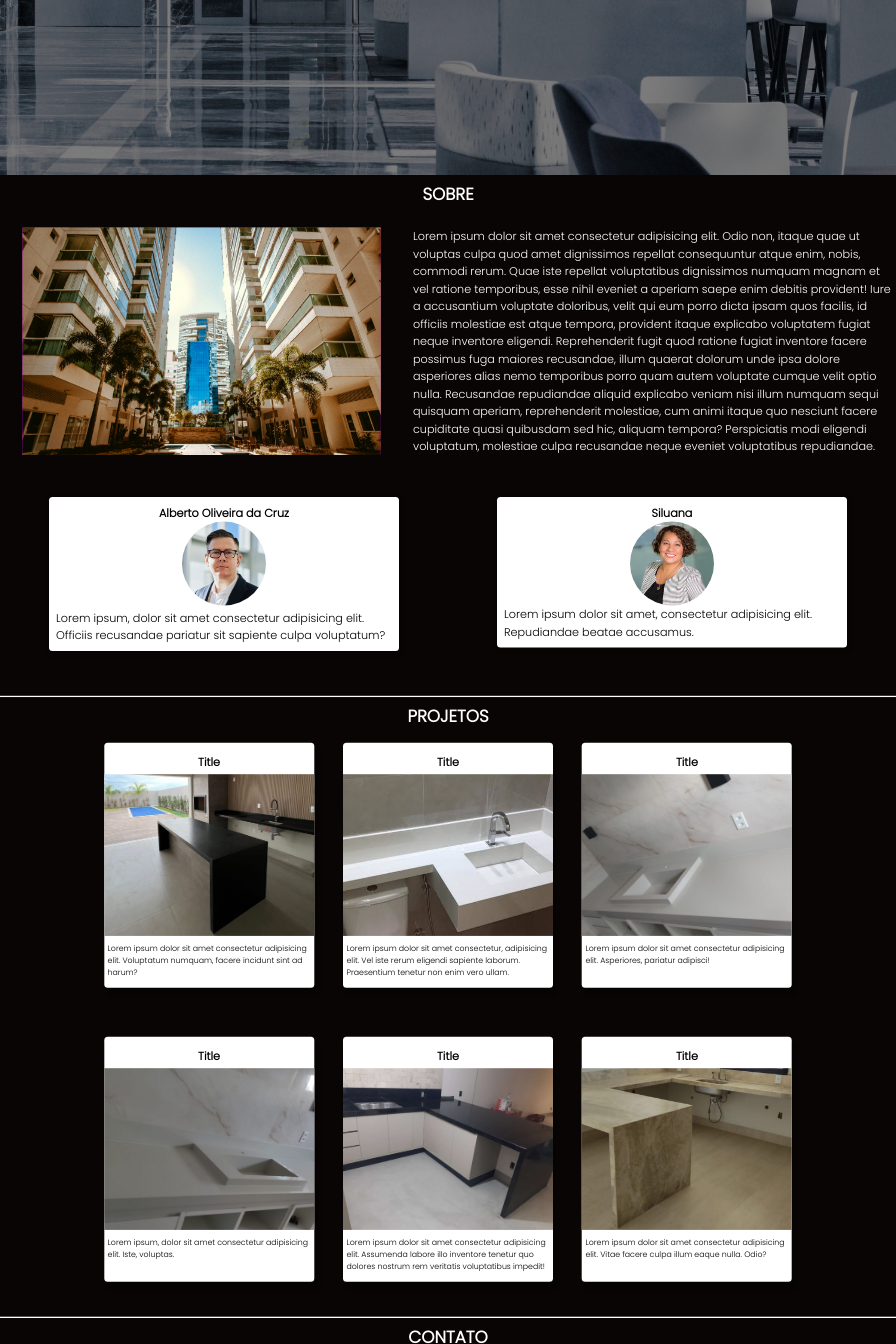
Repository: XFERRER7/projeto-xt7
Page: projetoMarmoraria/index.html
These files come from the project's save history. The page is drawn as it stood at one moment and after a run of saves; the edit follows.
The browser window is 1280 px wide. The pictures show the part of the page from y = 470 to 2390 px (the page is 2979 px tall), at 70% of full size.
Some web libraries are served in a nearby version.

Above is the page before, as saved 2022-05-09 18:29:15.

### projetoMarmoraria/index.html
<!DOCTYPE html>
<html lang="pt-br">

<head>
  <meta charset="UTF-8">
  <meta http-equiv="X-UA-Compatible" content="IE=edge">
  <meta name="viewport" content="width=device-width, initial-scale=1.0">
  <title>Marmoraria Decore</title>
  <link rel="stylesheet" href="css/style.css">
  <link rel="stylesheet" href="https://cdnjs.cloudflare.com/ajax/libs/font-awesome/6.1.1/css/all.min.css"
    integrity="sha512-KfkfwYDsLkIlwQp6LFnl8zNdLGxu9YAA1QvwINks4PhcElQSvqcyVLLD9aMhXd13uQjoXtEKNosOWaZqXgel0g=="
    crossorigin="anonymous" referrerpolicy="no-referrer" />
  <link rel="stylesheet" href="https://cdnjs.cloudflare.com/ajax/libs/font-awesome/6.1.1/css/solid.min.css"
    integrity="sha512-qzgHTQ60z8RJitD5a28/c47in6WlHGuyRvMusdnuWWBB6fZ0DWG/KyfchGSBlLVeqAz+1LzNq+gGZkCSHnSd3g=="
    crossorigin="anonymous" referrerpolicy="no-referrer" />
  <link rel="stylesheet" href="https://cdnjs.cloudflare.com/ajax/libs/font-awesome/4.7.0/css/font-awesome.min.css" />

</head>

<body>

  <!-- ----------------------------------------------------------------------------------------------------------------- -->


  <!-- HEADER -->
  <header>
    <nav>
      <a class="logo" href="#">MARMORARIA <span id="decore">DECORE</span></a>
      <div class="mobile-menu">
        <div class="line1"></div>
        <div class="line2"></div>
        <div class="line3"></div>
      </div>
      <ul class="nav-list">
        <li><a href="#">Início</a></li>
        <li><a href="#">Sobre</a></li>
        <li><a href="#">Projetos</a></li>
        <li><a href="#">Contato</a></li>
      </ul>
    </nav>
    <div class="hero-section">
      <div class="hero-section-text">
        <h1 id="titulo-header">MARMORES SOB MEDIDA</h1>
        <p id="paragrafo-header">Lorem ipsum, dolor sit amet consectetur adipisicing elit.</p>
      </div>
    </div>
  </header>
  <!-- FIM DO HEADER -->


  <!-- ----------------------------------------------------------------------------------------------------------------- -->


  <!-- MAIN -->
  <main>

    <!-- SECTION B -->
    <section class="section-b">
      <h1 id="section-b-h1">SOBRE</h1>


      <!-- SOBRE PARA CELULAR -->
      <div class="cel">
        <div class="card" id="card-1"></div>
        <p class="text-sobre">Lorem ipsum dolor sit amet consectetur adipisicing elit. Aspernatur maxime illo architecto
          repellendus. Voluptatum ab magnam nihil suscipit, error quod iste dicta, quisquam fugiat, veritatis veniam
          aspernatur modi! Commodi aut officia optio reprehenderit hic sunt aspernatur ipsam minus, dicta qui omnis,
          ratione voluptatem quas sint labore. Temporibus id distinctio asperiores natus omnis earum amet. Obcaecati
          atque, a placeat necessitatibus dolorum labore rerum veritatis adipisci unde itaque iusto, voluptate quis
          tenetur voluptatibus doloremque at voluptates commodi! Ex recusandae repellat iste modi sapiente? Minus, ullam
          ad quia pariatur delectus quaerat velit sit labore aspernatur consequuntur possimus ipsum ipsam, vero ea
          expedita in sequi? Consequuntur iusto repellendus minus hic velit eum, veritatis molestias, sequi, laborum
          nisi consequatur. Dolore, amet placeat. Molestias molestiae aperiam soluta voluptatum odit voluptatem atque,
          repellendus asperiores maiores libero. Nulla odio alias reiciendis dolore cum deleniti beatae autem molestias
          earum minima accusamus nesciunt nostrum quos fugiat cupiditate molestiae, veniam doloremque.</p>
      </div>


      <!-- SOBRE PARA TELAS MAIORES -->
      <div class="imgtext">
        <div id="imgtext-img">
          <div id="content-imgtext-img"></div>
        </div>
        <div id="imgtext-text">
          <div id="content-imgtext-text">
            <p id="content-imgtext-text-p">Lorem ipsum dolor sit amet consectetur adipisicing elit. Odio non, itaque
              quae ut voluptas culpa quod amet dignissimos repellat consequuntur atque enim, nobis, commodi rerum. Quae
              iste repellat voluptatibus dignissimos numquam magnam et vel ratione temporibus, esse nihil eveniet a
              aperiam saepe enim debitis provident! Iure a accusantium voluptate doloribus, velit qui eum porro dicta
              ipsam quos facilis, id officiis molestiae est atque tempora, provident itaque explicabo voluptatem fugiat
              neque inventore eligendi. Reprehenderit fugit quod ratione fugiat inventore facere possimus fuga maiores
              recusandae, illum quaerat dolorum unde ipsa dolore asperiores alias nemo temporibus porro quam autem
              voluptate cumque velit optio nulla. Recusandae repudiandae aliquid explicabo veniam nisi illum numquam
              sequi quisquam aperiam, reprehenderit molestiae, cum animi itaque quo nesciunt facere cupiditate quasi
              quibusdam sed hic, aliquam tempora? Perspiciatis modi eligendi voluptatum, molestiae culpa recusandae
              neque eveniet voluptatibus repudiandae.</p>
          </div>
        </div>

      </div>

      <div class="container-about-person">

        <div class="about-person">
          <h4>Alberto Oliveira da Cruz</h4>
          <div class="img-person" id="person-1"></div>
          <p class="p-about-person">Lorem ipsum, dolor sit amet consectetur adipisicing elit. Officiis recusandae
            pariatur sit sapiente culpa voluptatum?</p>
        </div>

        <div class="about-person">
          <h4>Siluana</h4>
          <div class="img-person" id="person-2"></div>
          <p>Lorem ipsum dolor sit amet, consectetur adipisicing elit. Repudiandae beatae accusamus.</p>
        </div>

      </div>
    </section>


    <div class="divisa"></div>


    <!-- SECTION A -->
    <section class="section-a">
      <h1 id="section-a-h1">PROJETOS</h1>

      <!-- Container dos cards -->
      <div class="container-cards-main">

        <!-- Card 1 -->
        <div class="card-main">
          <h4 class="title-card">Title</h4>
          <div id="card-img-1"></div>
          <p class="descricao-card">Lorem ipsum dolor sit amet consectetur adipisicing elit. Voluptatum numquam, facere
            incidunt sint ad harum?</p>
        </div>

        <!-- Card 2 -->
        <div class="card-main">
          <h4 class="title-card">Title</h4>
          <div id="card-img-2"></div>
          <p class="descricao-card">Lorem ipsum dolor sit amet consectetur, adipisicing elit. Vel iste rerum eligendi
            sapiente laborum. Praesentium tenetur non enim vero ullam.</p>
        </div>

        <!-- Card 3 -->
        <div class="card-main">
          <h4 class="title-card">Title</h4>
          <div id="card-img-3"></div>
          <p class="descricao-card">Lorem ipsum dolor sit amet consectetur adipisicing elit. Asperiores, pariatur
            adipisci!</p>
        </div>

        <!-- Card 4 -->
        <div class="card-main">
          <h4 class="title-card">Title</h4>
          <div id="card-img-4"></div>
          <p class="descricao-card">Lorem ipsum, dolor sit amet consectetur adipisicing elit. Iste, voluptas.</p>
        </div>

        <!-- Card 5 -->
        <div class="card-main">
          <h4 class="title-card">Title</h4>
          <div id="card-img-5"></div>
          <p class="descricao-card">Lorem ipsum dolor sit amet consectetur adipisicing elit. Assumenda labore illo
            inventore tenetur quo dolores nostrum rem veritatis voluptatibus impedit!</p>
        </div>

        <!-- Card 6 -->
        <div class="card-main">
          <h4 class="title-card">Title</h4>
          <div id="card-img-6"></div>
          <p class="descricao-card">Lorem ipsum dolor sit amet consectetur adipisicing elit. Vitae facere culpa illum
            eaque nulla. Odio?</p>
        </div>
      </div>
    </section>



    <div class="divisa"></div>


    <!-- SECTION C -->
    <section class="section-c">
      <h1 id="section-c-h1">CONTATO</h1>
      <div id="main-div-img">
        <a href="#" target="_blank" class="media"><img src="img/logo-instagram.jpg" alt="insta-img" class="div-img"></a>
        <a href="#" target="_blank" class="media"><img src="img/logo-gmail.jpg" alt="gmail-img" class="div-img"></a>
        <a href="#" target="_blank" class="media"><img src="img/logo-facebook.png" alt="face-img" class="div-img"
            id="img-face"></a>
      </div>
    </section>

  </main>
  <!-- FIM DO MAIN -->

  <!-- ----------------------------------------------------------------------------------------------------------------- -->

  <footer>
    <div class="container-footer">

      <div class="footer-up">
        <div class="footer-a block-footer-up">
          <div id="img-footer"></div>
        </div>
        <div class="footer-b block-footer-up">
          <h4>Localização:</h4>
          <p class="footer-b-p">Luis Eduardo Magalhães</p>
          <p class="footer-b-p">Cidade universitária</p>
          <p class="footer-b-p">Avenida salvador</p>
          <p class="footer-b-p">Quadra 14</p>
          <p class="footer-b-p">Número 2458</p>
          <p class="footer-b-p">Lote 1</p>
        </div>
        <div class="footer-c block-footer-up">
          <ul class="footer-c-list">
            <li><a href="#" class="medias"><i class="fa fa-facebook"></i></a></li>
            <li><a href="#" class="medias"><i class="fa fa-linkedin-square"></i></a></li>
            <li><a href="#" class="medias"><i class="fa fa-google-plus"></i></a></li>
            <li><a href="#" class="medias"><i class="fa fa-instagram"></i></a></li>
        </ul>
        </div>
      </div>

      <div id="footer-sub">
        <p>Copyright &copy; Desenvolvido por <span>Alexandre Talles</span></p>
      </div>






    </div>
  </footer>
  <script src="js/menu-bar.js"></script>
  <script src="js/changeText.js"></script>

</body>

</html>

### projetoMarmoraria/css/style.css
@import url('https://fonts.googleapis.com/css2?family=Poppins:ital,wght@0,300;1,100&display=swap');
@import url('https://fonts.googleapis.com/css2?family=Barlow:ital,wght@1,500&display=swap');

* {
  margin: 0;
  padding: 0;
  box-sizing: border-box;
  font-family: 'Poppins', sans-serif;
}

body {
  background-color: #0a0505;
  color: #ffffff;
}

::-webkit-scrollbar {
  width: 15px;
}

::-webkit-scrollbar-track {
  background: #000000;

}

::-webkit-scrollbar-thumb {
  background: rgb(154, 2, 255);
  border-radius: 3px;
}

/*----------------------------------MENU-BAR----------------------------------*/
nav a {
  color: rgb(37, 37, 37);
  text-decoration: none;
  transition: 0.8s;
}

nav a:hover {
  color: blue;
  opacity: 0.7;
}

.logo {
  font-size: 1.5em;
  text-transform: uppercase;
  color: rgb(26, 26, 26);
}

#decore {
  font-family: 'Barlow', sans-serif;
  color: #6817ff;
}

nav {
  display: flex;
  justify-content: space-around;
  align-items: center;
  font-family: 'Poppins', sans-serif;
  background: #ededed;
  height: 10vh;
  position: sticky;
  top: 0;
}


.nav-list {
  list-style: none;
  display: flex;
}

.nav-list li {
  letter-spacing: 3px;
  margin-left: 32px;
}

.mobile-menu {
  display: none;
  cursor: pointer;
}

.mobile-menu div {
  width: 32px;
  height: 2px;
  background: rgb(20, 24, 255);
  margin: 8px;
  transition: 0.3s;
}

@media (max-width: 999px) {
  body {
    overflow-x: hidden;
  }

  .nav-list {
    overflow-x: hidden;
    position: fixed;
    top: 10vh;
    right: 0;
    width: 50vw;
    height: 40vh;
    background: #ededed;
    flex-direction: column;
    align-items: center;
    justify-content: space-around;
    transform: translateX(100%);
    transition: transform 0.3s ease-in;
  }

  .nav-list li {
    margin-left: 0;
    opacity: 0;
  }

  .mobile-menu {
    display: block;
  }
}

@media (max-width: 300px) {
  .logo {
    font-size: 0.8rem;
  }
}

.nav-list.active {
  transform: translateX(0);
}

@keyframes navLinkFade {
  from {
    opacity: 0;
    transform: translateX(50px);
  }

  to {
    opacity: 1;
    transform: translateX(0);
  }
}

.mobile-menu.active .line1 {
  transform: rotate(-45deg) translate(-8px, 8px);
}

.mobile-menu.active .line2 {
  opacity: 0;
}

.mobile-menu.active .line3 {
  transform: rotate(45deg) translate(-5px, -7px);
}

/*------------------------------IMAGEM DO HEADER------------------------------*/
.hero-section {
  background-image: linear-gradient(to bottom, rgba(0, 0, 0, 0.516), rgba(0, 0, 0, 0.516)), url(../img/img-header.jpg);
  background-position: 50%;
  background-repeat: no-repeat;
  background-size: cover;
  height: 90vh;
  text-align: center;
  display: -webkit-flex;
  display: -ms-flexbox;
  display: flex;
  -webkit-align-items: center;
  -ms-flex-align: center;
  align-items: center;
  -webkit-justify-content: center;
  -ms-flex-pack: center;
  justify-content: center;
}

#titulo-header {
  font-size: 2.3rem;
}

#paragrafo-header {
  font-size: 0.8rem;
}

.hero-section .hero-section-text {
  color: #fefefe;
  text-shadow: 1px 1px 2px #0a0a0a;
}


main {
  margin: 0;
  padding: 0;
  width: 100%;
}

/*------------------------------------Sobre------------------------------------*/

.section-b {
  background-color: #0a0505;
  color: #ffffff;
  margin-bottom: 5%;
}

#section-b-h1 {
  text-align: center;
  padding-top: 10px;
}

.imgtext {
  display: flex;
  margin-top: 10px;
  margin-bottom: 10px;
  height: 55%;
  margin-top: 30px;
}

#imgtext-img {
  width: 50%;
}

#imgtext-text {
  height: 100%;
  width: 50%;

}

#content-imgtext-img {
  background-color: #cd06ff;
  background-image: url(../img/img-sobre.jpg);
  background-position: center;
  background-repeat: no-repeat;
  background-size: cover;
  height: 100%;
  width: 80%;
  margin-left: 5%;
}

#content-imgtext-text {
  margin-left: -50px;
}



@media (max-width: 999px) {

  .imgtext {
    display: none;
  }

  div.card {
    width: 90%;
    height: 250px;
    background-color: #000000;
    margin: 10px 20px 0px 0px;
    background-size: cover;
    background-position: center center;
    border-radius: 5px;
  }

  div.card:hover {
    transform: scale(1.05);
    transition: all 0.5s ease-in-out;
  }

  #card-1 {
    background-image: url(../img/img-sobre.jpg);
    margin-left: 20px;
  }

  .text-sobre {
    padding: 1.2rem;
    margin: auto;
  }


}

@media (min-width: 999px) {
  .card {
    display: none;
  }

  .cel {
    display: none;
  }

}

.divisa {
  height: 2px;
  background-color: #ffffff;
}

.container-about-person {
  display: flex;
  flex-wrap: wrap;
  margin-top: 45px;
}

.about-person {
  background-color: #ffffff;
  color: #000000;
  box-shadow: 2px 2px 8px rgba(0, 0, 0, 0.438);
  border-radius: 5px;
  min-height: 200px;
  width: 500px;
  margin: auto;
  display: flex;
  align-items: center;
  justify-content: center;
  flex-direction: column;
  padding: 10px;
  margin-top: 15px;
}

.img-person {
  background-position: center top;
  background-repeat: no-repeat;
  background-size: cover;
  border-radius: 50%;
  width: 120px;
  height: 120px;
}

.p-about-person {
  margin-top: 5px;
}

/*Arrumar img-person*/

#person-1 {
  background-image: url(../img/ceo-1.jpg);
}

#person-2 {
  background-image: url(../img/ceo-2.jpg);
  background-position: center;
}

/*------------------------------Projetos------------------------------*/

.section-a {
  background-color: #0a0505;
}

#section-a-h1 {
  text-align: center;
  padding-top: 10px;
}

.container-cards-main {
  width: 80%;
  margin: auto;
  display: flex;
  flex-wrap: wrap;
}

.card-main {
  height: 350px;
  background-color: rgb(255, 255, 255);
  color: #000000;
  width: 300px;
  margin: 20px auto;
  margin-bottom: 50px;
  border-radius: 5px;
  padding: 10px 0px 10px 0px;
  box-shadow: 5px 10px 5px rgba(0, 0, 0, 0.404);
  transition: all 0.8s ease;

}

.card-main:hover {
  transform: scale(1.03);
}


.title-card {
  padding: 5px;
  text-align: center;
}

.descricao-card {
  padding: 10px 5px 10px 5px;
  font-size: 0.7rem;

}

#card-img-1 {
  height: 70%;
  background-image: url(../img/1.jpeg);
  background-position: center center;
  background-repeat: no-repeat;
  background-size: cover;
}

#card-img-2 {
  height: 70%;
  background-image: url(../img/2.jpeg);
  background-position: center center;
  background-repeat: no-repeat;
  background-size: cover;
}

#card-img-3 {
  height: 70%;
  background-image: url(../img/3.jpeg);
  background-position: center center;
  background-repeat: no-repeat;
  background-size: cover;
}

#card-img-4 {
  height: 70%;
  background-image: url(../img/4.jpeg);
  background-position: bottom center;
  background-repeat: no-repeat;
  background-size: cover;
}

#card-img-5 {
  height: 70%;
  background-image: url(../img/5.jpeg);
  background-position: center center;
  background-repeat: no-repeat;
  background-size: cover;
}

#card-img-6 {
  height: 70%;
  background-image: url(../img/6.jpeg);
  background-position: center center;
  background-repeat: no-repeat;
  background-size: cover;
}

@media (max-width: 999px) {
  .card-main {
    height: 450px;
    width: 400px;


  }

}

/*-----------------------------------Contato-----------------------------------*/

.section-c {
  background-color: #0a0505;

}

#section-c-h1 {
  text-align: center;
  padding-top: 10px;
  margin-bottom: 50px;
}

#main-div-img {
  display: grid;
  grid-template-columns: repeat(3, 1fr);
  justify-items: center;
  padding: 15px;
  margin-bottom: 50px;
}

.div-img {
  display: inline-block;
  width: 25%;
  text-align: center;
}

.div-linha {
  height: 2px;
  width: 100%;
}

.media {
  text-align: center;
}

/*-----------------------------------Footer-----------------------------------*/

.container-footer {
  background-color: #000000;
  color: #fff;
  font-size: 0.8rem;
  display: flex;
  align-items: center;
  justify-content: center;
  flex-direction: column;
}

.footer-up {
  background-color: #000000;
  height: 98%;
  width: 100%;
  display: flex;
  align-items: center;
  flex-direction: row;
}

.block-footer-up {
  padding: 10px;
  margin: 100px auto;
}

#footer-sub {
  background-color: #6817ff;
  width: 100%;
  text-align: center;
}

#img-footer {
  background-image: url(../img/img-footer.jpeg);
  background-repeat: no-repeat;
  background-position: center;
  background-size: cover;
  height: 150px;
  width: 200px;
}

.footer-c-list {
  list-style: none;
  display: flex;
  align-items: center;
  justify-content: center;
  margin: 1rem 0 3rem 0;
}

.footer-c-list li {
  margin: 0 10px;
}

.footer-c-list a {
  color: #ffffff;
  text-decoration: none;
}

.footer-c-list a:hover i {
  color: #f01872;
  transition: 0.5s ease;
}

.medias {
  font-size: 30px;
}

@media (max-width: 999px) {
  .footer-up {
    flex-direction: column;
  }

  .block-footer-up {
    padding: 10px;
    margin: 10px auto;
  }

}

### projetoMarmoraria/js/menu-bar.js
class MobileNavbar {
  constructor(mobileMenu, navList, navLinks) {
    this.mobileMenu = document.querySelector(mobileMenu);
    this.navList = document.querySelector(navList);
    this.navLinks = document.querySelectorAll(navLinks);
    this.activeClass = "active";

    this.handleClick = this.handleClick.bind(this);
  }

  animateLinks() {
    this.navLinks.forEach((link, index) => {
      link.style.animation
        ? (link.style.animation = "")
        : (link.style.animation = `navLinkFade 0.5s ease forwards ${
            index / 7 + 0.3
          }s`);
    });
  }

  handleClick() {
    this.navList.classList.toggle(this.activeClass);
    this.mobileMenu.classList.toggle(this.activeClass);
    this.animateLinks();
  }

  addClickEvent() {
    this.mobileMenu.addEventListener("click", this.handleClick);
  }

  init() {
    if (this.mobileMenu) {
      this.addClickEvent();
    }
    return this;
  }
}

const mobileNavbar = new MobileNavbar(
  ".mobile-menu",
  ".nav-list",
  ".nav-list li",
);
mobileNavbar.init();

### projetoMarmoraria/js/changeText.js
function mudarTextoLbl1() {
  document.getElementById('descricao').textContent = "Lorem ipsum dolor sit amet consectetur adipisicing elit. Hic, nisi exercitationem harum officia facilis nihil vitae eligendi provident architecto quis quod unde quas incidunt assumenda corporis iste repudiandae esse voluptatibus?";
}
function mudarTextoLbl2() {
  document.getElementById('descricao').textContent = "Lorem ipsum dolor sit, amet consectetur adipisicing elit. Sapiente distinctio ipsa incidunt non exercitationem laboriosam animi id accusamus placeat, commodi, veniam rerum ut! Fugiat tenetur unde nihil minima fuga veniam odio nulla pariatur eum reiciendis.";
}
function mudarTextoLbl3() {
  document.getElementById('descricao').textContent = "Lorem ipsum dolor sit amet consectetur adipisicing elit. Quas nisi saepe nobis? Maxime blanditiis illo animi tempora maiores expedita qui eum, iusto, ratione odit quia repellendus delectus voluptate nobis nam tenetur, officiis magnam quisquam fugiat dicta nisi id natus. Magnam.";
}
function mudarTextoLbl4() {
  document.getElementById('descricao').textContent = "Lorem ipsum dolor sit amet, consectetur adipisicing elit. Quos eius dolor libero iste impedit nesciunt animi totam corporis id quod.";
}
function mudarTextoLbl5() {
  document.getElementById('descricao').textContent = "Lorem ipsum dolor sit amet, consectetur adipisicing elit. Obcaecati nulla quos quia? Consectetur laudantium illum asperiores excepturi. Itaque ab, rem tempore ullam, fugit aspernatur est alias quaerat expedita nulla, unde recusandae dolore quidem reiciendis atque?";
}

After the next 4 saves:
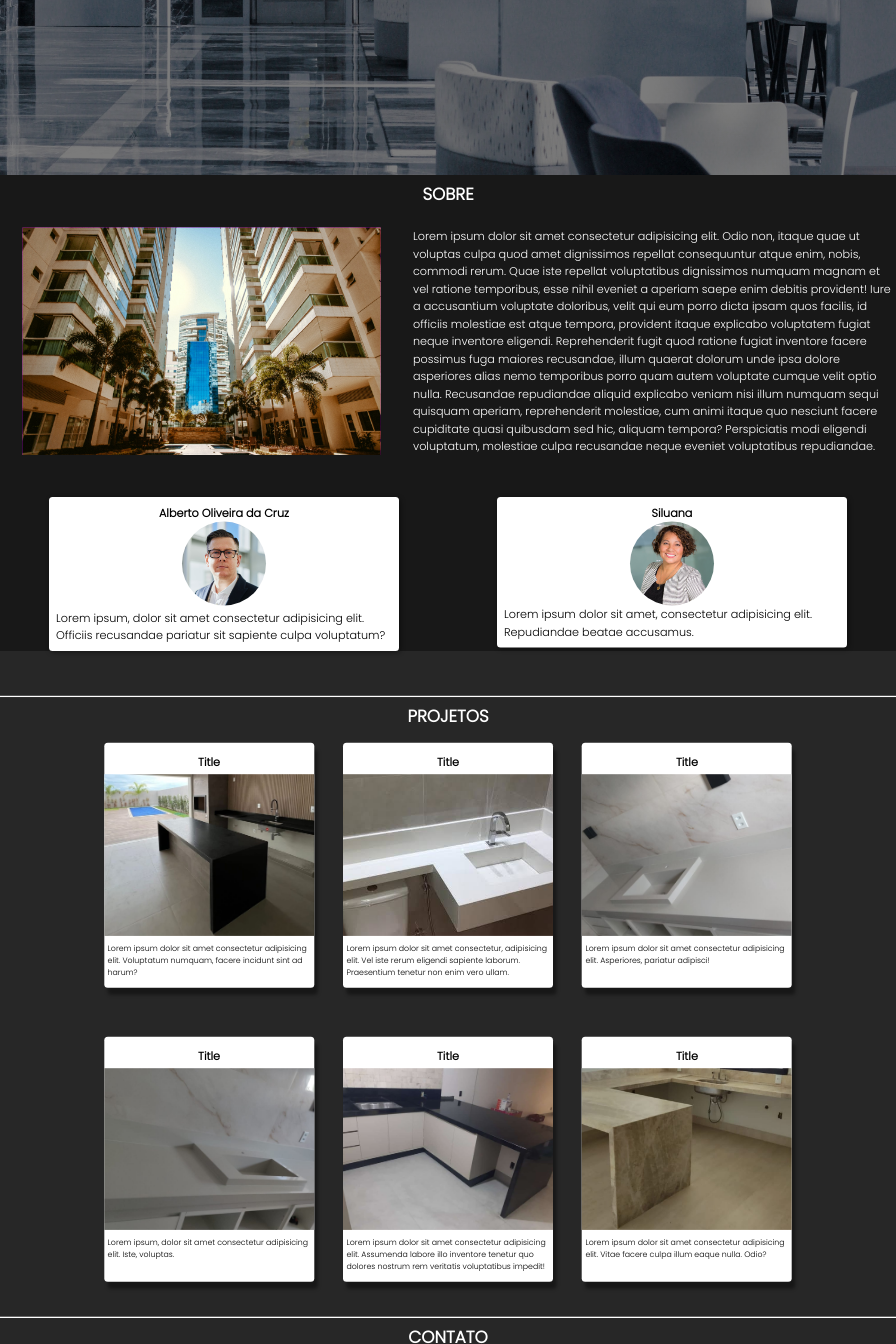
The 4 saves are shown as one change because they came seconds apart.
The last was saved 14 s later.
--- a/projetoMarmoraria/css/style.css
+++ b/projetoMarmoraria/css/style.css
@@ -9,7 +9,7 @@
 }
 
 body {
-  background-color: #0a0505;
+  background-color: #272727;
   color: #ffffff;
 }
 
@@ -191,7 +191,7 @@ main {
 /*------------------------------------Sobre------------------------------------*/
 
 .section-b {
-  background-color: #0a0505;
+  background-color: #181818;
   color: #ffffff;
   margin-bottom: 5%;
 }
@@ -335,7 +335,7 @@ main {
 /*------------------------------Projetos------------------------------*/
 
 .section-a {
-  background-color: #0a0505;
+  background-color: #272727;
 }
 
 #section-a-h1 {
@@ -441,7 +441,7 @@ main {
 /*-----------------------------------Contato-----------------------------------*/
 
 .section-c {
-  background-color: #0a0505;
+  background-color: #272727;
 
 }
 
